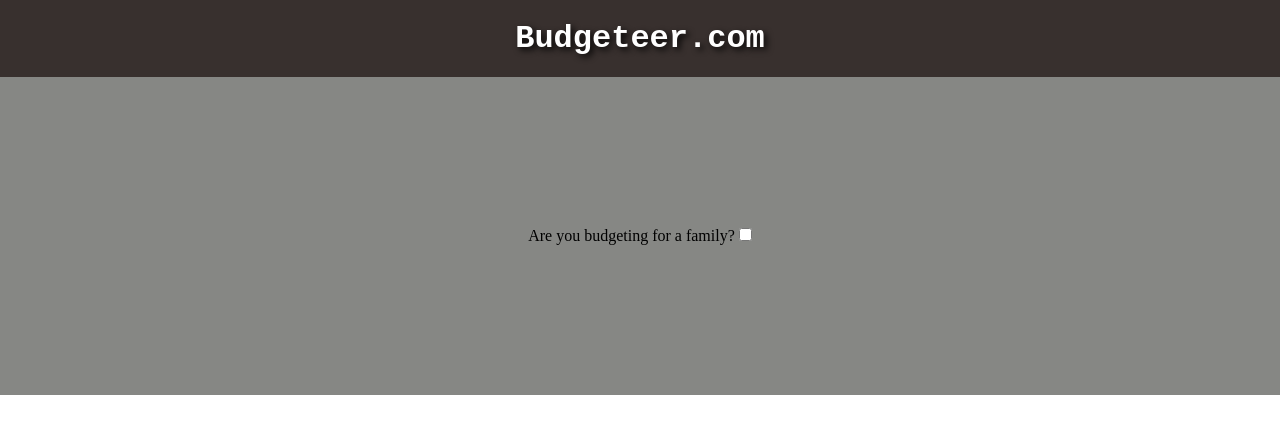
Repository: CaioNunes56/Budgeteer
Page: index.html
The author's editor kept a copy of each file at every save. The page is drawn from the files as they stood at one save, then again after the next save.
The browser window is 1280 px wide. The pictures show the whole page.

Above is the page before, as saved 2025-04-26 13:36:02.

### index.html
<!DOCTYPE html>
<html lang="en">
<head>
    <meta charset="UTF-8">
    <meta name="viewport" content="width=device-width, initial-scale=1.0">
    <title>Budgeteer</title>
    <link rel="stylesheet" href="style.css">
</head>
<body>
    <header>
        <h1>Budgeteer.com</h1>
    </header>
    <main>
        <div class="mainbox">
            <form class="basic-inputs">

                <div class="family bodyfont">
                Are you budgeting for a family?
                <input type="checkbox" placeholder="Are you budgeting for a family?">
                </div>
            </form>
        </div>
    </main>




</body>
</html>

### style.css
body{
    margin: 0;
    padding: 0;
}

body *{
    margin: 0;
    padding: 0;
}

header{
    display: flex;
    justify-content: center;;
    align-items: center;
    background-color: #38302E;
    padding: 20px;

}

header h1{
    font-family: 'Courier New', Courier, monospace;
    font-weight: bold;
    color: white;
    text-shadow: 3px 3px 6px rgba(0, 0, 0, 0.9);
}

main{
    display:flex;
    justify-content: center;
    align-items: center;
    padding: 150px 50px 150px 50px;
    background-color: #868784;
}

After the next save:
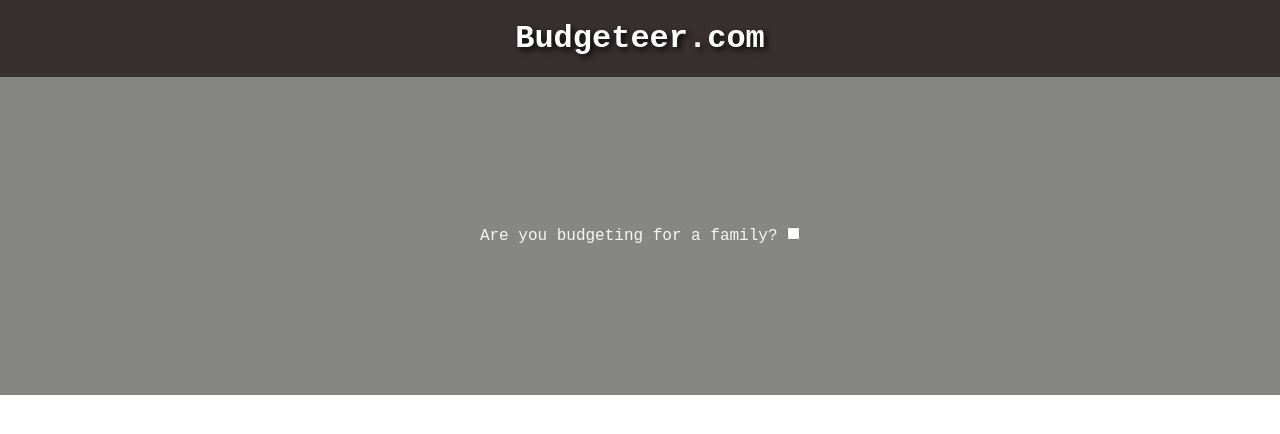
Saved 99 s later.
--- a/style.css
+++ b/style.css
@@ -1,11 +1,19 @@
 body{
     margin: 0;
     padding: 0;
+    display: flex;
+    flex-direction: column;
+    height: 100%;
 }
 
 body *{
     margin: 0;
     padding: 0;
+}
+
+.bodyfont{
+    font-family: 'Courier New', Courier, monospace;
+    color: whitesmoke
 }
 
 header{
@@ -28,6 +36,7 @@
     display:flex;
     justify-content: center;
     align-items: center;
+    flex-grow: 1;
     padding: 150px 50px 150px 50px;
     background-color: #868784;
 }
